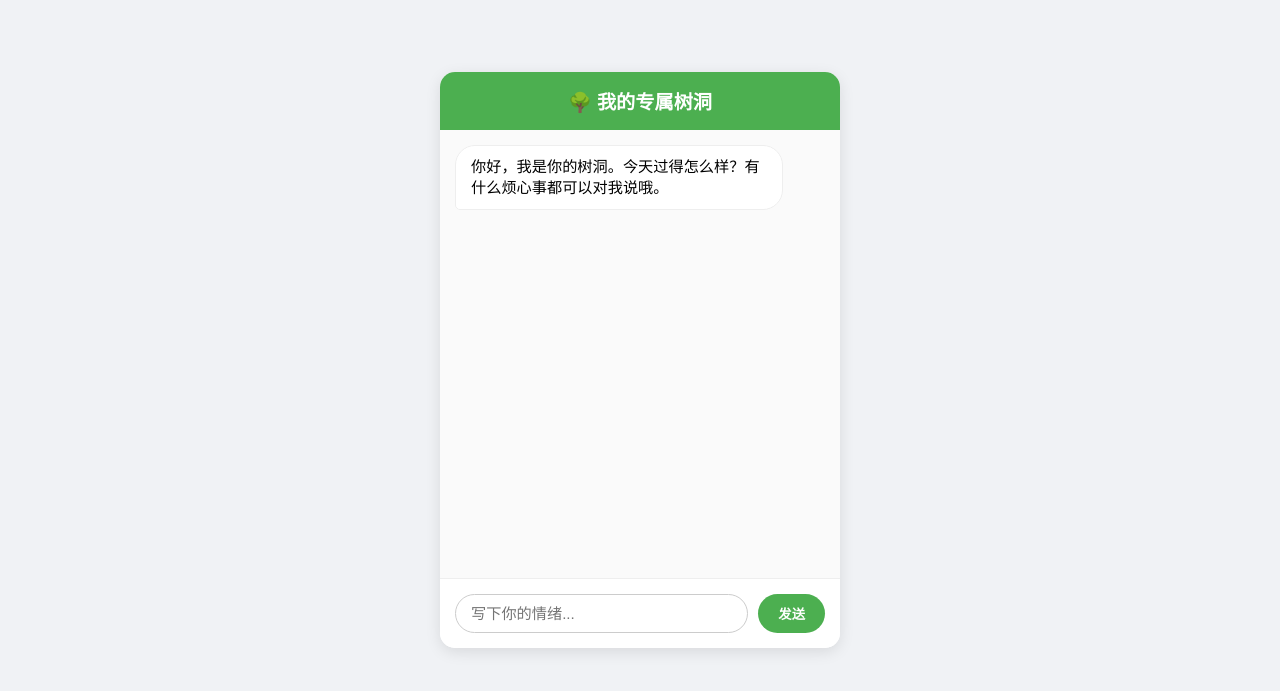
Repository: QinghuaSun1127/Tree_house
Page: index.html
An editor plug-in stored every save of this project. The page is shown before and after the next save, followed by the edit.
The browser window is 1280 px wide. The pictures show the whole page.

Above is the page before, as saved 2026-04-09 18:50:10.

After the next save:
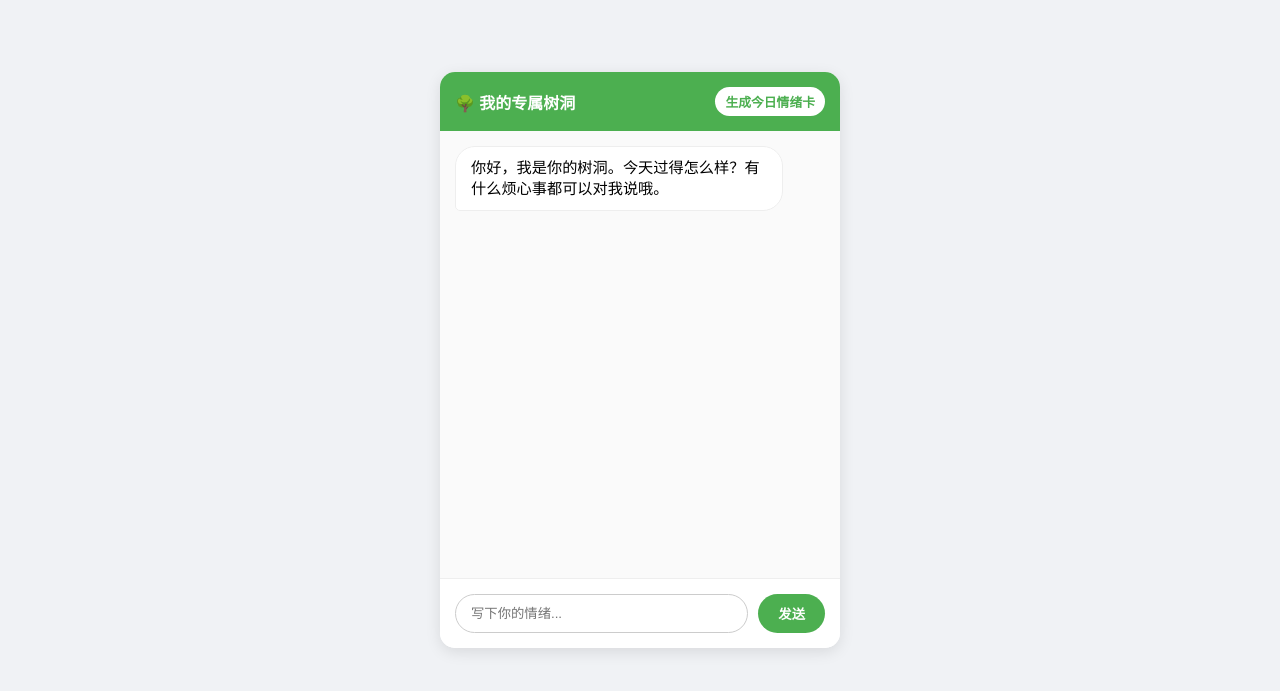
Saved 5 min 48 s later.
--- a/index.html
+++ b/index.html
@@ -32,9 +32,25 @@
             background-color: #4CAF50;
             color: white;
             padding: 15px;
-            text-align: center;
-            font-size: 1.2em;
+            display: flex;
+            justify-content: space-between;
+            align-items: center;
             font-weight: bold;
+        }
+
+        .summary-btn {
+            background-color: white;
+            color: #4CAF50;
+            border: none;
+            padding: 5px 10px;
+            border-radius: 15px;
+            cursor: pointer;
+            font-size: 0.8em;
+            font-weight: bold;
+        }
+
+        .summary-btn:hover {
+            background-color: #f0f0f0;
         }
 
         .chat-box {
@@ -68,6 +84,17 @@
             border-bottom-left-radius: 5px;
         }
 
+        .summary-message {
+            background-color: #fff3cd;
+            border: 1px solid #ffeeba;
+            color: #856404;
+            align-self: center;
+            width: 90%;
+            text-align: center;
+            font-size: 0.9em;
+            border-radius: 10px;
+        }
+
         .input-area {
             display: flex;
             padding: 15px;
@@ -81,10 +108,9 @@
             border: 1px solid #ccc;
             border-radius: 20px;
             outline: none;
-            font-size: 0.95em;
-        }
-
-        button {
+        }
+
+        button.send-btn {
             background-color: #4CAF50;
             color: white;
             border: none;
@@ -94,70 +120,101 @@
             cursor: pointer;
             font-weight: bold;
         }
-
-        button:hover {
-            background-color: #45a049;
-        }
     </style>
 </head>
 
 <body>
 
     <div class="chat-container">
-        <div class="chat-header">🌳 我的专属树洞</div>
+        <div class="chat-header">
+            <span>🌳 我的专属树洞</span>
+            <button class="summary-btn" onclick="getSummary()">生成今日情绪卡</button>
+        </div>
         <div class="chat-box" id="chatBox">
             <div class="message ai-message">你好，我是你的树洞。今天过得怎么样？有什么烦心事都可以对我说哦。</div>
         </div>
         <div class="input-area">
             <input type="text" id="userInput" placeholder="写下你的情绪..." onkeypress="handleKeyPress(event)">
-            <button onclick="sendMessage()">发送</button>
+            <button class="send-btn" onclick="sendMessage()">发送</button>
         </div>
     </div>
 
     <script>
+        // 在系统后台默默记录所有的聊天历史
+        let fullChatHistory = "";
+
         async function sendMessage() {
             const inputField = document.getElementById('userInput');
             const chatBox = document.getElementById('chatBox');
             const text = inputField.value.trim();
 
-            if (!text) return; // 如果为空就不发送
-
-            // 1. 把用户的话显示在界面上
+            if (!text) return;
+
+            // 1. 显示用户的话，并记录到历史中
             chatBox.innerHTML += `<div class="message user-message">${text}</div>`;
-            inputField.value = ''; // 清空输入框
-            chatBox.scrollTop = chatBox.scrollHeight; // 自动滚动到底部
-
-            // 显示一个“正在思考”的占位符
+            fullChatHistory += `用户说：${text}\n`;
+
+            inputField.value = '';
+            chatBox.scrollTop = chatBox.scrollHeight;
+
             const loadingId = 'loading-' + Date.now();
             chatBox.innerHTML += `<div class="message ai-message" id="${loadingId}">树洞正在倾听...</div>`;
             chatBox.scrollTop = chatBox.scrollHeight;
 
             try {
-                // 2. 向你的 Python 服务器发送网络请求！
                 const response = await fetch('http://127.0.0.1:8000/chat', {
                     method: 'POST',
-                    headers: {
-                        'Content-Type': 'application/json'
-                    },
+                    headers: { 'Content-Type': 'application/json' },
                     body: JSON.stringify({ text: text })
                 });
 
                 const data = await response.json();
 
-                // 3. 把 AI 的回复替换掉“正在思考”
+                // 2. 显示 AI 的回复，并记录到历史中
                 document.getElementById(loadingId).innerText = data.reply;
+                fullChatHistory += `树洞回复：${data.reply}\n`;
+
             } catch (error) {
-                document.getElementById(loadingId).innerText = "（哎呀，树洞似乎开小差了，请检查后端服务器是否运行）";
-                console.error(error);
+                document.getElementById(loadingId).innerText = "（哎呀，树洞似乎开小差了）";
             }
 
             chatBox.scrollTop = chatBox.scrollHeight;
         }
 
+        // 新增：调用后端摘要接口的函数
+        async function getSummary() {
+            if (fullChatHistory === "") {
+                alert("我们还没有聊天呢，先跟我说说话吧！");
+                return;
+            }
+
+            const chatBox = document.getElementById('chatBox');
+            const loadingId = 'summary-loading-' + Date.now();
+
+            // 在界面上插入一个黄色的专属情绪卡片框
+            chatBox.innerHTML += `<div class="message summary-message" id="${loadingId}">正在生成您的专属情绪报告...</div>`;
+            chatBox.scrollTop = chatBox.scrollHeight;
+
+            try {
+                const response = await fetch('http://127.0.0.1:8000/summary', {
+                    method: 'POST',
+                    headers: { 'Content-Type': 'application/json' },
+                    body: JSON.stringify({ chat_history: fullChatHistory })
+                });
+
+                const data = await response.json();
+
+                // 将后端的摘要结果显示在黄色卡片里（把换行符替换为 HTML 的 <br> 以便格式美观）
+                document.getElementById(loadingId).innerHTML = "<strong>🌟 今日心境报告 🌟</strong><br>" + data.summary.replace(/\n/g, '<br>');
+            } catch (error) {
+                document.getElementById(loadingId).innerText = "生成情绪报告失败，请重试。";
+            }
+
+            chatBox.scrollTop = chatBox.scrollHeight;
+        }
+
         function handleKeyPress(event) {
-            if (event.key === 'Enter') {
-                sendMessage();
-            }
+            if (event.key === 'Enter') sendMessage();
         }
     </script>
 
